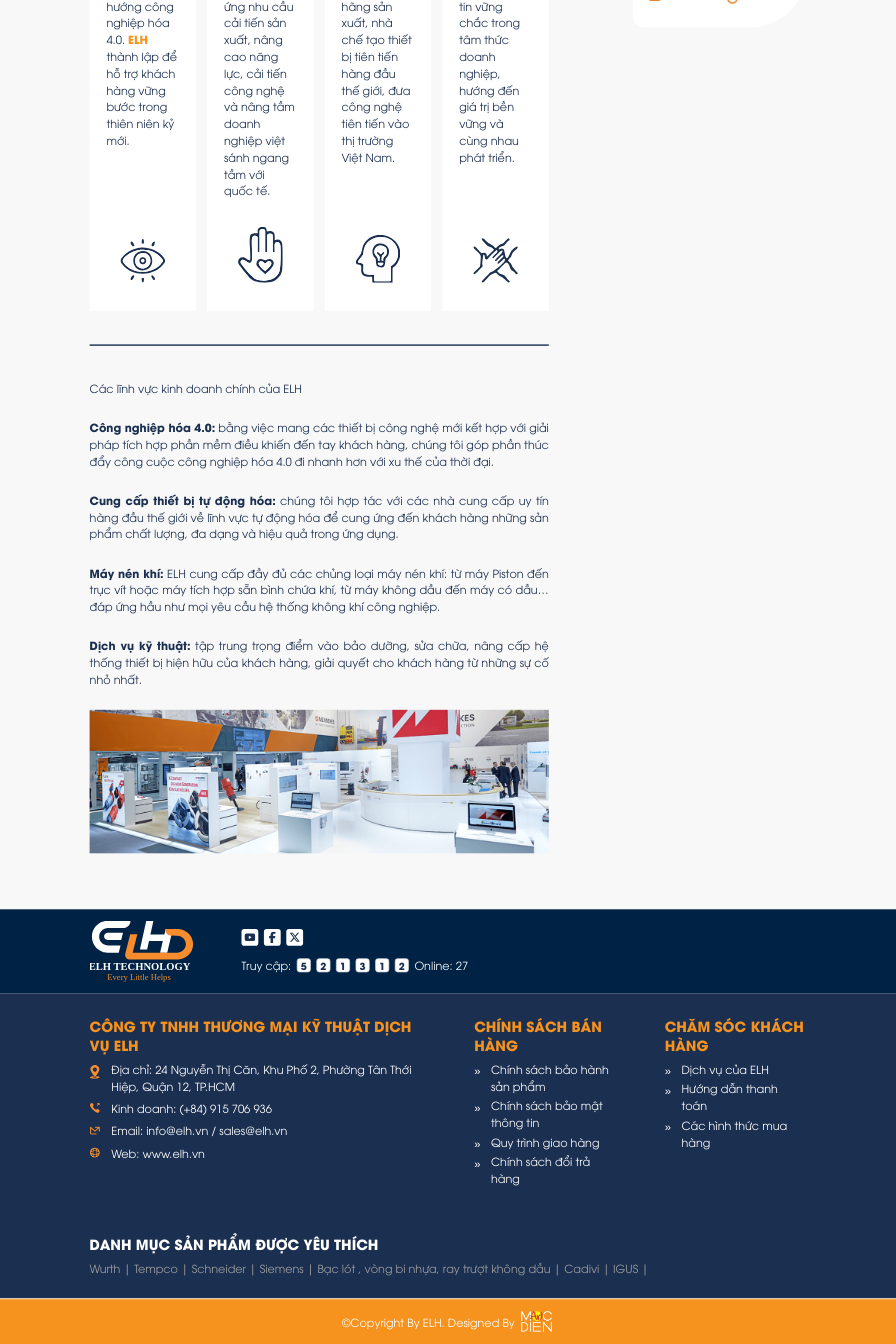
Repository: lethu123/elh-landingpage
Page: /about
These files come from the project's save history. The page is drawn as it stood at one moment and after the next save; the edit follows.
The browser window is 1280 px wide. The pictures show the part of the page from y = 1680 to 3600 px (the page is 3600 px tall before and 3576 px after), at 70% of full size.
The project was rebuilt for these pictures with package versions that can differ from the ones it lists, and the page was loaded fresh each time. The framework's server and built-in components were replaced by stand-ins that run in the browser. Also part of the build but not shown: next.config.ts.

Above is the page before, as saved 2026-02-06 23:26:17.

After the next save:
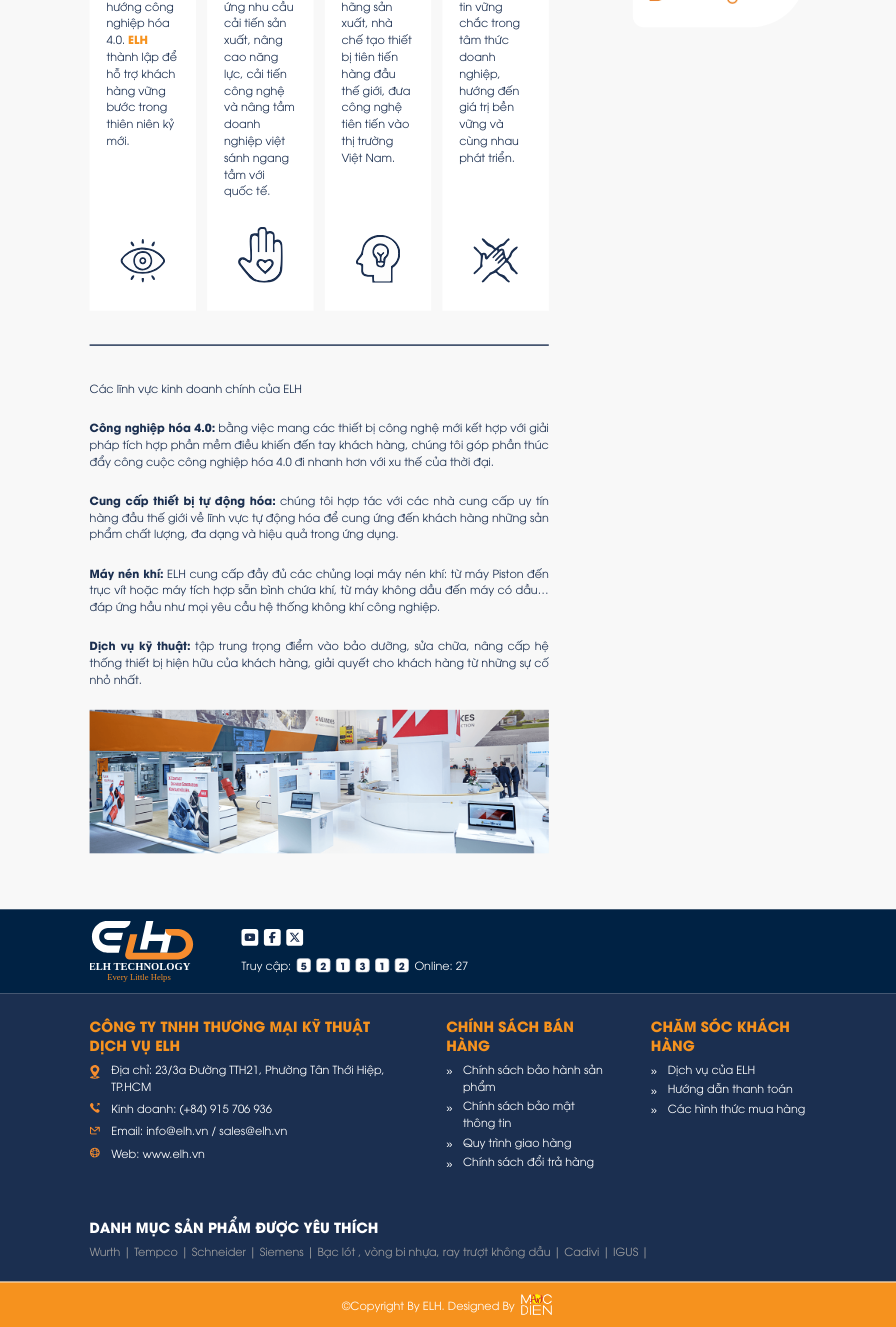
Saved 3 min 0 s later.
--- a/src/components/Layout/Footer.tsx
+++ b/src/components/Layout/Footer.tsx
@@ -52,7 +52,7 @@ const Footer = () => {
                     rel="noopener noreferrer"
                     className="block"
                   >
-                    Địa chỉ: 24 Nguyễn Thị Căn, Khu Phố 2, Phường Tân Thới Hiệp, Quận 12, TP.HCM
+                    Địa chỉ: 23/3a Đường TTH21, Phường Tân Thới Hiệp, TP.HCM
                   </Link>
                 </div>
                 <div className="flex items-center gap-x-4">
